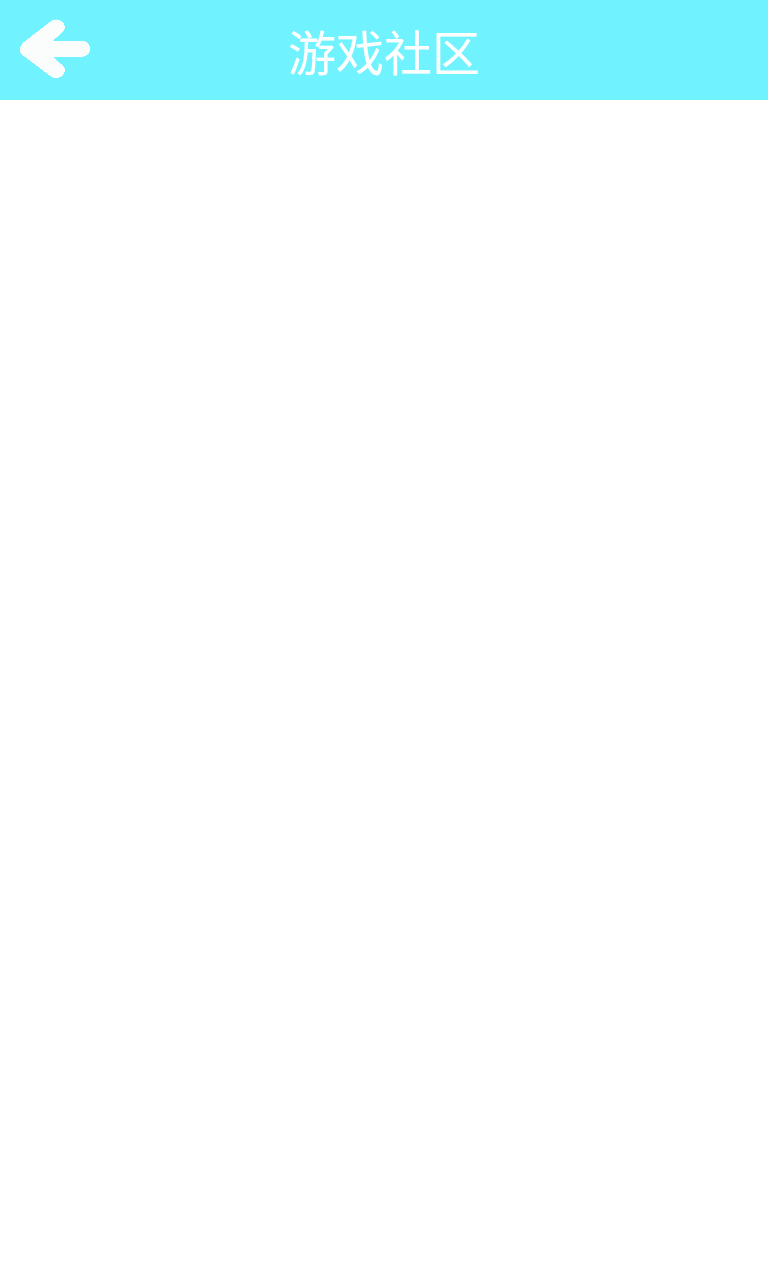
Repository: GuardLDW/HERO
Layout: GuardLDW/res/layout/house.xml
An editor plug-in stored every save of this project. The layout is shown before and after the next save, followed by the edit.
It is drawn on a 768 x 1280 px phone screen (xhdpi) without system bars, with theme AppTheme; the app's code is not run. Lists and similar views that code fills are empty.

Above is the layout before, as saved 2016-09-19 15:39:41.

After the next save:
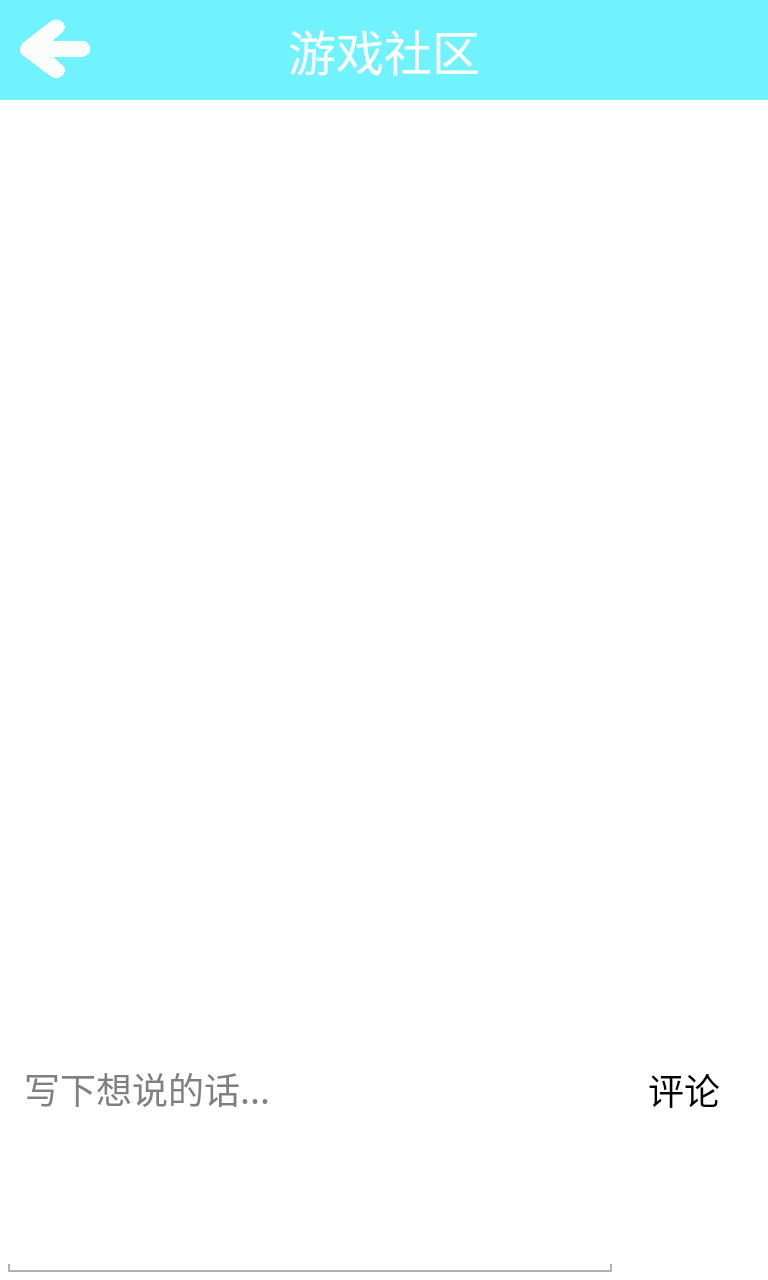
Saved 27 s later.
--- a/GuardLDW/res/layout/house.xml
+++ b/GuardLDW/res/layout/house.xml
@@ -31,7 +31,7 @@
 
 
 
-        <LinearLayout
+        <RelativeLayout
             android:layout_height="match_parent"
             android:layout_width="match_parent"
             android:layout_below="@id/layout_housetitle"
@@ -40,7 +40,7 @@
           <ListView
               android:id="@+id/listview_comment"
               android:layout_width="match_parent"
-              android:layout_height="300dp" >
+              android:layout_height="400dp" >
 
            </ListView>
 
@@ -69,7 +69,7 @@
           </LinearLayout>
 
 
-        </LinearLayout>
+        </RelativeLayout>
 
 
 

After the save that followed:
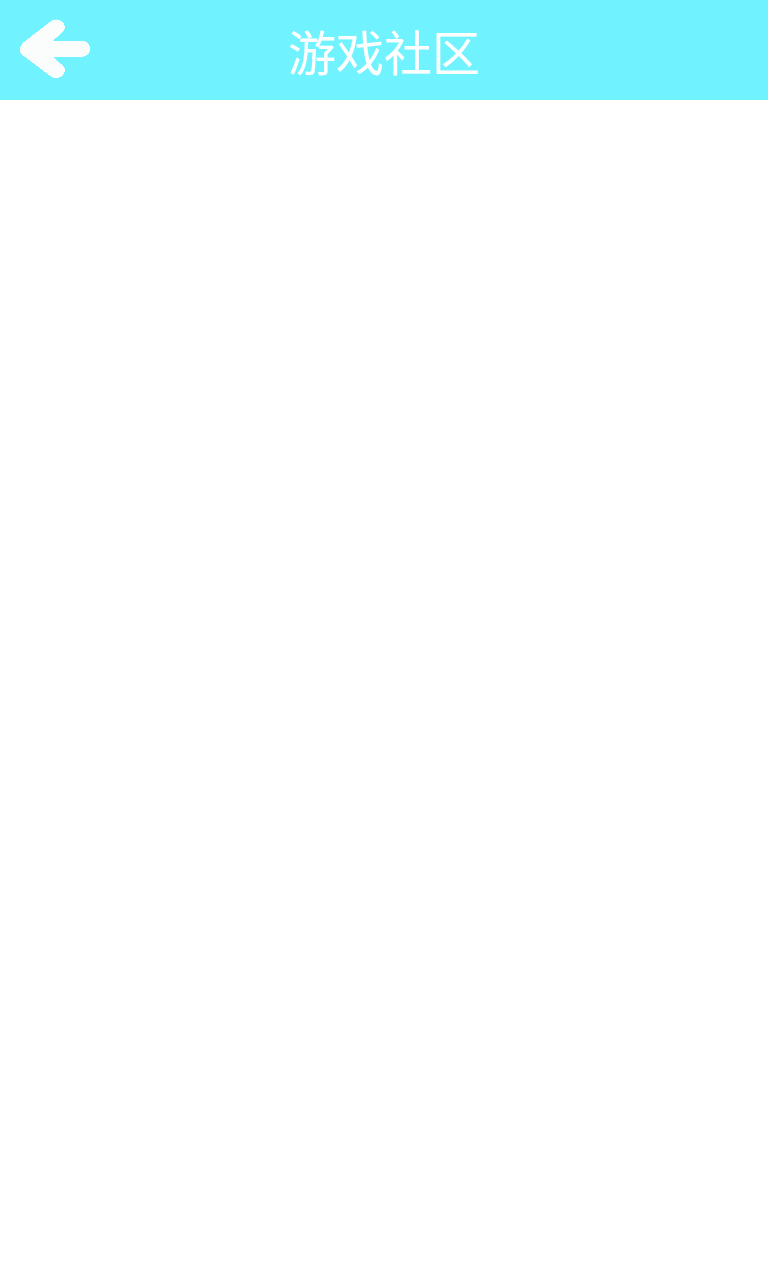
Saved 30 s later.
--- a/GuardLDW/res/layout/house.xml
+++ b/GuardLDW/res/layout/house.xml
@@ -1,5 +1,5 @@
 <?xml version="1.0" encoding="utf-8"?>
-<RelativeLayout xmlns:android="http://schemas.android.com/apk/res/android"
+<LinearLayout xmlns:android="http://schemas.android.com/apk/res/android"
     android:layout_width="match_parent"
     android:layout_height="match_parent" >
 
@@ -73,4 +73,4 @@
 
 
 
-</RelativeLayout>
+</LinearLayout>
